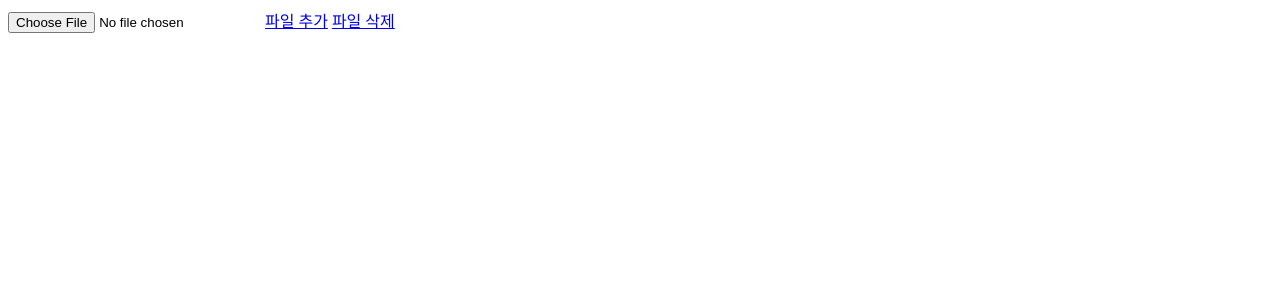
Repository: silenttemplar/java_start_project
Page: hansung_ee_2014/hansung_jquery_exercise/WebContent/file_attend_dynamic_create.html
An editor plug-in stored every save of this project. The page is shown before and after the next save, followed by the edit.
The browser window is 1280 px wide. The pictures show the whole page.
After loading, the first visible `#addFile` was clicked once.

Above is the page before, as saved 2014-08-28 04:26:37.
Console error: ReferenceError: fnAddFile is not defined

### hansung_ee_2014/hansung_jquery_exercise/WebContent/file_attend_dynamic_create.html
<!DOCTYPE html>
<html>
<head>
<meta charset="UTF-8">
<title>파일첨부 동적생성 삭제</title>
<script src="./jquery-2.1.0.min.js"></script>
<script type="text/javascript">
$(document).ready(function(){
	function fnAddFile(event){
		console.log("fnAddFile(event) 실행");
		var insertTag= "<input type=\"file\" name=\"file\" /><br/>"

		$(insertTag).appendTo("body");
	}
	function fnDelFile(event){
		if($("input[name=file]").size() > 1){
			$("input[name=file]").last().remove();
			$("br").last().remove();
		}

	}
});
</script>
</head>
<body>
	<input type="file" name="file" />
	<a href="#" id="addFile" onclick="fnAddFile(event)">파일 추가</a>
	<a href="#" id="delFile" onclick="fnDelFile(event)">파일 삭제</a><br>
</body>
</html>

Loaded but not shown: hansung_ee_2014/hansung_jquery_exercise/WebContent/jquery-2.1.0.min.js (library)

After the next save:
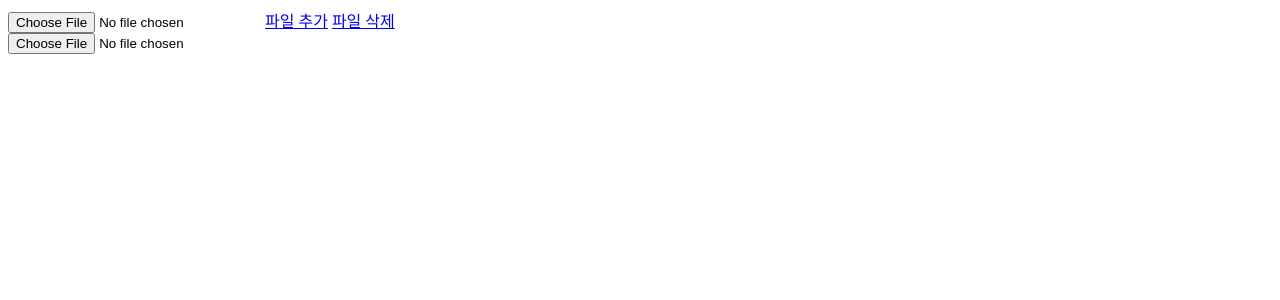
The error is gone.
Saved 51 s later.
--- a/hansung_ee_2014/hansung_jquery_exercise/WebContent/file_attend_dynamic_create.html
+++ b/hansung_ee_2014/hansung_jquery_exercise/WebContent/file_attend_dynamic_create.html
@@ -6,20 +6,21 @@
 <script src="./jquery-2.1.0.min.js"></script>
 <script type="text/javascript">
 $(document).ready(function(){
-	function fnAddFile(event){
-		console.log("fnAddFile(event) 실행");
-		var insertTag= "<input type=\"file\" name=\"file\" /><br/>"
 
-		$(insertTag).appendTo("body");
+});
+function fnAddFile(event){
+	console.log("fnAddFile(event) 실행");
+	var insertTag= "<input type=\"file\" name=\"file\" /><br/>"
+
+	$(insertTag).appendTo("body");
+}
+function fnDelFile(event){
+	if($("input[name=file]").size() > 1){
+		$("input[name=file]").last().remove();
+		$("br").last().remove();
 	}
-	function fnDelFile(event){
-		if($("input[name=file]").size() > 1){
-			$("input[name=file]").last().remove();
-			$("br").last().remove();
-		}
 
-	}
-});
+}
 </script>
 </head>
 <body>
